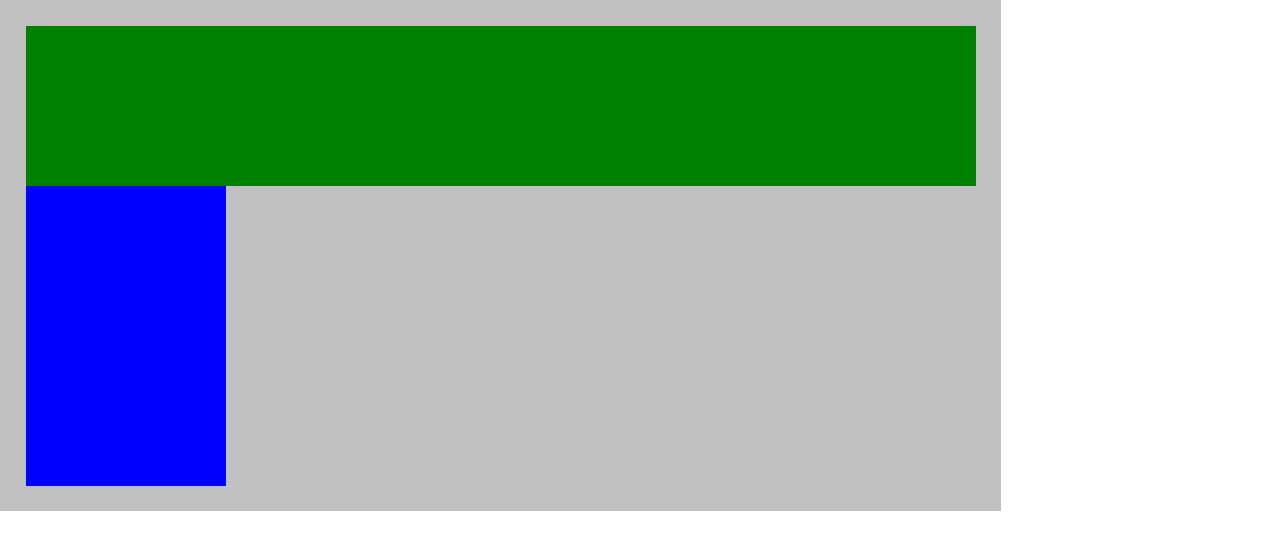
Repository: Fredy452/Fundamentos_de_la_Web
Page: Trabajos/Bloques/index.html
These files come from the project's save history. The page is drawn as it stood at one moment and after the next save; the edit follows.
The browser window is 1280 px wide. The pictures show the whole page.

Above is the page before, as saved 2023-06-16 16:29:04.

After the next save:
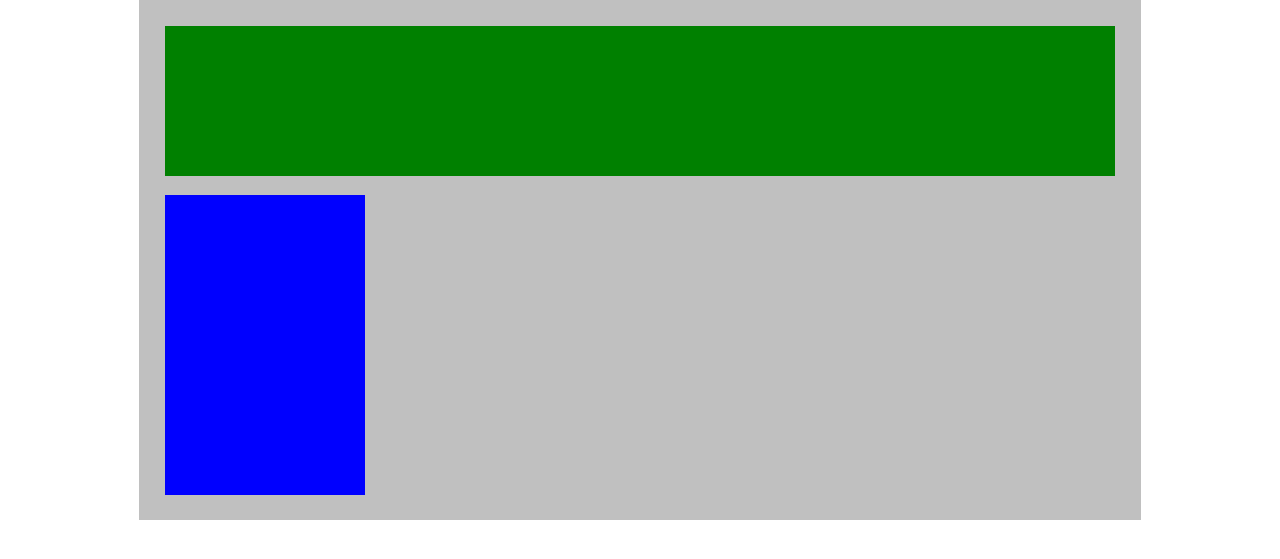
Saved 28 s later.
--- a/Trabajos/Bloques/style.css
+++ b/Trabajos/Bloques/style.css
@@ -4,7 +4,6 @@
 
 }
 .container{
-    display: inline-block;
     width: 950px;
     background-color: silver;
     margin: 0 auto;
@@ -13,7 +12,7 @@
 .top-nav{
     height: 150px;
     background-color: green;
-    padding-bottom: 10px;
+    margin-bottom: 2%;
 }
 .side-nav{
     height: 300px;
